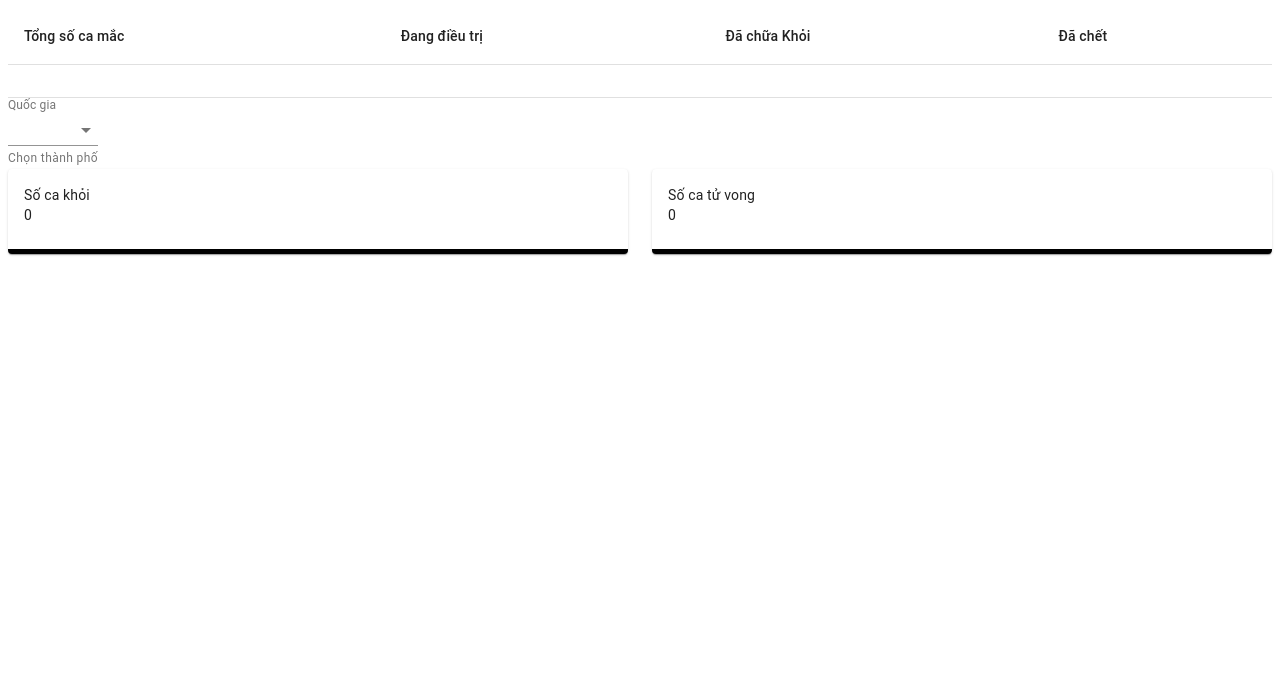
Repository: hdongqt/covidin
Page: /
These files come from the project's save history. The page is drawn as it stood at one moment and after the next save; the edit follows.
The browser window is 1280 px wide. The page is 1284 px wide, so the pictures cover 1284 px, including what lies to the right of the window. The pictures show the whole page.
The page's requests for data from a server got no answer. The project was rebuilt for these pictures with package versions that can differ from the ones it lists, and the page was loaded fresh each time. No one was signed in, and anything a server would have sent is missing. Also part of the build but not shown: src/App.css.

Above is the page before, as saved 2021-08-02 10:22:06.

### src/App.js
import './App.css';
import Detail from './components/Detail';
import CountrySelector from './components/CountrySelector';
import Total from './components/Total';
import HighMaps from './components/HighMaps';
import { useEffect,useState } from 'react';

import {getDetail,getProvince} from './apis';
function App() {
  const [province, setProvince] = useState([]);
  const [selectedProvinceId, setSelectedProvinceId] = useState('');
  const [detail, setDetail] = useState([]);
  const [total, setTotal] = useState({});
  const [report, setReport] = useState({});

  useEffect(() => {
    getProvince().then((res) => {
      const { data } = res;
      setProvince(data.key)
      setSelectedProvinceId('79');
    })
  }, []);


  useEffect(() => {
    getDetail().then((res) => {
      const {infected,deceased,recovered,treated,detail} = res.data;
      setTotal({infected,deceased,recovered,treated})
      setDetail(detail)
    });
  }, []);

  const handelOnChange = (e) => {
    setSelectedProvinceId(e.target.value);
  };

  useEffect(() => {
    if(detail && selectedProvinceId){
      const info = detail.find(item=>item['hc-key'] === selectedProvinceId);
      setReport(info)
    }
  },[detail,selectedProvinceId]);

  return (
    <>
    <Total total={total} />
    <CountrySelector province={province} value={selectedProvinceId} handelOnChange={handelOnChange}/>
    <Detail report={report}/>
    <HighMaps />
    </>
  );
}

export default App;

### src/components/Detail/index.js
import React from 'react';
import { Grid } from '@material-ui/core';
import DetailCard from './DetailCard';

export default function Highlight({ report }) {
    const data = report  ? report : {};
    const summary = [
        {
            title: 'Số ca khỏi',
            count: data.socakhoi,
            type: 'treated'
        },
        {
            title: 'Số ca tử vong',
            count: data.socatuvong,
            type: 'deceased'
        }
    ]
  return (
    <Grid container spacing={3}>
     {
       summary.map((item,index)=><DetailCard key={index} title={item.title} count={item.count >0 ? item.count : 0} type={item.type>0? item.count : 0} />)
     }
    </Grid>
  );
}

### src/components/CountrySelector/index.js
import React from 'react'
import { FormControl,FormHelperText,InputLabel,NativeSelect} from '@material-ui/core'
const hec='hec-key';
export default function CountrySelector({value,handelOnChange,province}) {
  // console.log(province)
    return (
        <FormControl>
        <InputLabel htmlFor="" shrink>Quốc gia</InputLabel>
        <NativeSelect
        value ={value}
        onChange={handelOnChange}
        inputProps = {{
            name: 'country',
            id: 'country-selector'
        }}>
           {
          province.length > 0 && province.map((item,index) =>
          {
         return <option key={index} value={item[hec]}>
            {item.name}
           </option>
         }
        )
        }
        </NativeSelect>
        <FormHelperText>Chọn thành phố</FormHelperText>
      </FormControl>
    )
}

### src/components/Total/index.js
import { Grid,TableBody, TableCell, Table,TableRow,TableContainer, TableHead } from '@material-ui/core'
import React from 'react'

export default function Total({total}) {
    return (
     <div>
 <Grid container>
   <Grid item sm={12} xs={12}>
   <TableContainer>
      <Table aria-label="simple table">
        <TableHead>
          <TableRow>
            <TableCell>Tổng số ca mắc</TableCell>
            <TableCell>Đang điều trị</TableCell>
            <TableCell>Đã chữa Khỏi</TableCell>
            <TableCell>Đã chết</TableCell>
          </TableRow>
        </TableHead>
        <TableBody>
        <TableRow>
              <TableCell>{total.infected}</TableCell>
              <TableCell>{total.treated}</TableCell>
              <TableCell>{total.recovered}</TableCell>
              <TableCell>{total.deceased}</TableCell>
         </TableRow>
        </TableBody>
      </Table>
    </TableContainer>
             </Grid>
         </Grid>
     </div>
    )
}

### src/components/HighMaps/index.js


import React from 'react'
import Highcharts from 'highcharts'
import HighchartsReact from 'highcharts-react-official'
import highchartsMap from 'highcharts/modules/map';


const options = {
  title: {
    text: 'My chart'
  },
  series: [{
    data: [1, 2, 3]
  }]
}

export default function HighMaps() {
  return (
    <HighchartsReact
    highcharts={Highcharts}
    options={options}
    constructorType={'mapChart'}
  />
  )
}















// import React, { useEffect, useRef, useState } from 'react';
// import Highcharts from 'highcharts';
// import HighchartsReact from 'highcharts-react-official';
// import highchartsMap from 'highcharts/modules/map';
// import { cloneDeep } from 'lodash';

// // Load Highcharts modules
// highchartsMap(Highcharts);

// const initOptions = {
//   chart: {
//     height: '500',
//   },
//   title: {
//     text: null,
//   },
//   mapNavigation: {
//     enabled: true,
//   },
//   colorAxis: {
//     min: 0,
//     stops: [
//       [0.2, '#FFC4AA'],
//       [0.4, '#FF8A66'],
//       [0.6, '#FF392B'],
//       [0.8, '#B71525'],
//       [1, '	#7A0826'],
//     ],
//   },
//   legend: {
//     layout: 'vertical',
//     align: 'right',
//     verticalAlign: 'bottom',
//   },
//   series: [
//     {
//       name: 'Dân số',
//       joinBy: ['hc-key', 'key'],
//     },
//   ],
// };

//   return (
//     <HighchartsReact
//       highcharts={Highcharts}
//       options={{}}
//       constructorType={'mapChart'}
//       ref={chartRef}
//     />
//   );
// };

// HighMaps.defaultProps = {
//   mapData: {},
// };

// export default React.memo(HighMaps);

### src/apis/index.js
import axios from 'axios';
export const getProvince = () =>
 axios.get('https://api.apify.com/v2/key-value-stores/p3nS2Q9TUn6kUOriJ/records/LATEST?fbclid=IwAR0mNCF4J1qQZxmuYQoiFNByQLLOkiENx5M0w92Ryx7_21oazAlT83QVqFA');

 export const getReportByCountry = (country) =>
  axios.get(
    `https://api.covid19api.com/dayone/country/${country}`
  );

export const getDetail =() =>
axios.get('https://api.apify.com/v2/key-value-stores/ZsOpZgeg7dFS1rgfM/records/LATEST?fbclid=IwAR0HsRp6-Mp3OzvsbruqqGBjWhKPPqrw-1neaOYqtvTqtT26SrtiiA4xUPA');

### src/components/Detail/DetailCard.js
import React from 'react';
import { CardContent, Typography, Card, makeStyles,Grid } from '@material-ui/core';

const useStyles = makeStyles({
  wrapper: (props) => {
    // console.log({ props });
    if (props.type === 'confirmed') return { borderBottom: '5px solid #F80909' };
    if (props.type === 'recovered') return { borderBottom: '5px solid #0000FF' };
    else return { borderBottom: '5px solid #000' };
  },
  title: { fontSize: 18, marginBottom: 5 },
  count: { fontWeight: 'bold', fontSize: 18 },
});

export default function DetailCard({title,count,type}) {
  const styles = useStyles({ type });
  return (
    <Grid item sm={6} xs={12}>
    <Card className={styles.wrapper}>
      <CardContent>
        <Typography variant='body2' component='p' className={styles.type}>
         {title}
        </Typography>
        <Typography variant='body2' component='span' className={styles.type}>
       {count}
        </Typography>
      </CardContent>
    </Card>
    </Grid>
  );
}

Loaded but not shown: public/index.html (common file); src/index.js (common file)

After the next save:
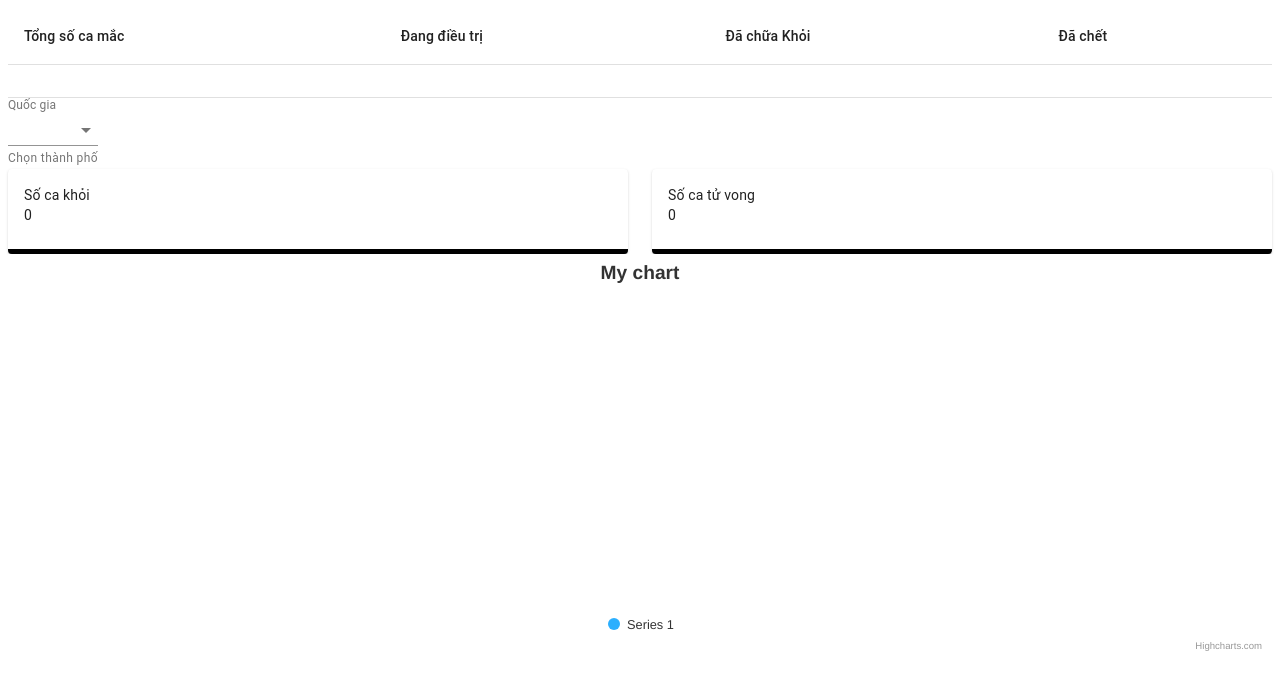
Saved 34 s later.
--- a/src/components/HighMaps/index.js
+++ b/src/components/HighMaps/index.js
@@ -5,7 +5,7 @@ import Highcharts from 'highcharts'
 import HighchartsReact from 'highcharts-react-official'
 import highchartsMap from 'highcharts/modules/map';
 
-
+highchartsMap(Highcharts);
 const options = {
   title: {
     text: 'My chart'
